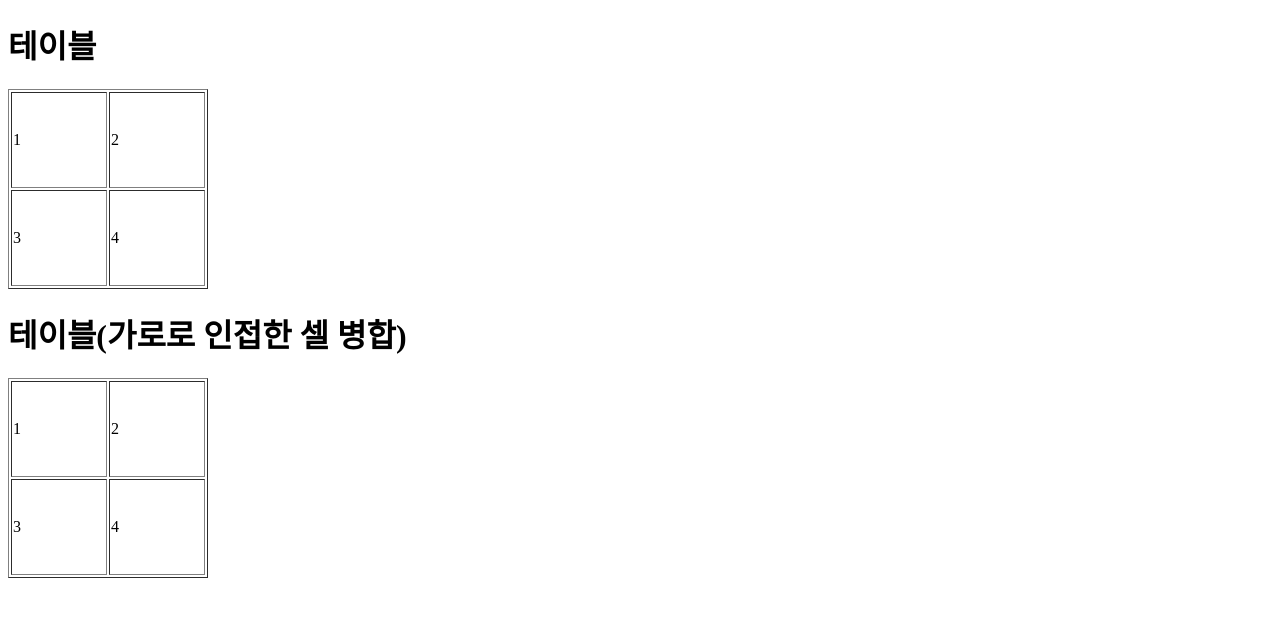
Repository: dnjs0/HCJ
Page: ClientTest/src/main/webapp/ex17_table.html
These files come from the project's save history. The page is drawn as it stood at one moment and after the next save; the edit follows.
The browser window is 1280 px wide. The pictures show the whole page.

Above is the page before, as saved 2025-02-12 00:08:58.

### ClientTest/src/main/webapp/ex17_table.html
<!DOCTYPE html>
<html lang="ko">
<head>
	<meta charset="UTF-8">
	<title>Insert title here</title>
</head>
<body>
    <!-- ex17_table -->
    <!-- 테이블 셀 병합 -->
    <!--


     -->
     <h1>테이블</h1>
     <table border="1" width="200" height="200">
        <tr>
            <td>1</td>
            <td>2</td>
        </tr>
        <tr>
            <td>3</td>
            <td>4</td>
        </tr>
     </table>




     <h1>테이블(가로로 인접한 셀 병합)</h1>
     <table border="1" width="200" height="200">
        <tr>
            <td>1</td>
            <td>2</td>
        </tr>
        <tr>
            <td>3</td>
            <td>4</td>
        </tr>
     </table>



</body>
</html>

After the next save:
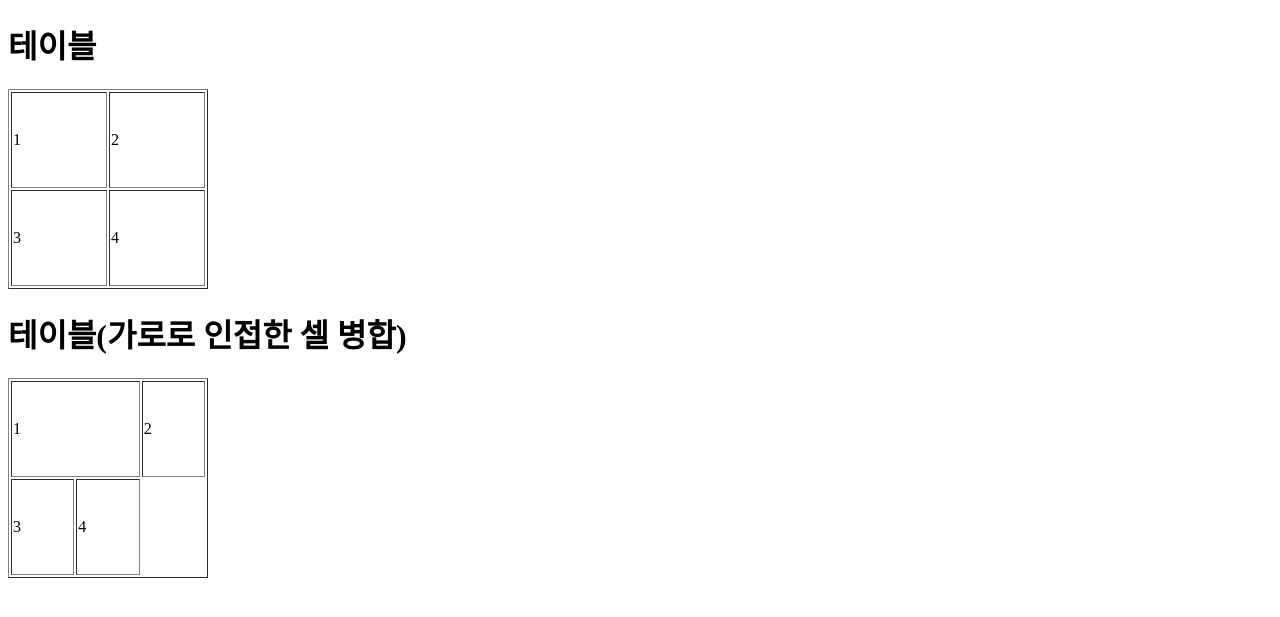
Saved 73 s later.
--- a/ClientTest/src/main/webapp/ex17_table.html
+++ b/ClientTest/src/main/webapp/ex17_table.html
@@ -29,7 +29,7 @@
      <h1>테이블(가로로 인접한 셀 병합)</h1>
      <table border="1" width="200" height="200">
         <tr>
-            <td>1</td>
+            <td colspan="2">1</td>
             <td>2</td>
         </tr>
         <tr>
